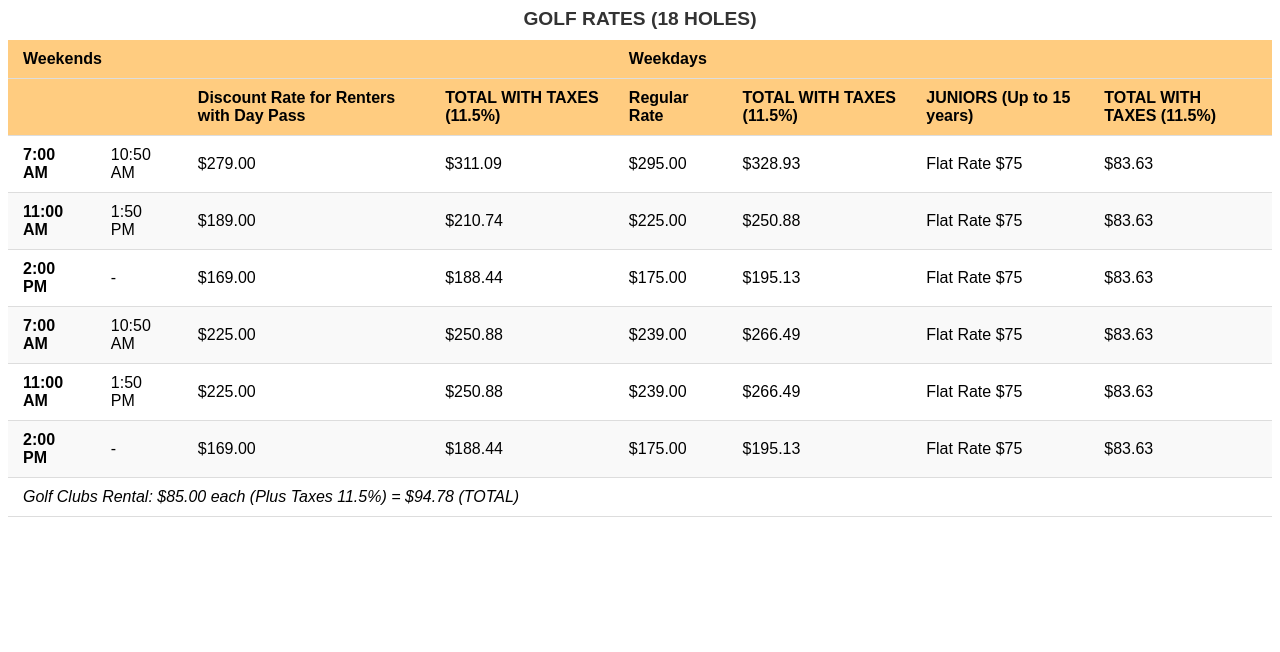
Repository: chvg1968/luxephonebook
Page: public/pages/golfrates.html
An editor plug-in stored every save of this project. The page is shown before and after the next save, followed by the edit.
The browser window is 1280 px wide. The pictures show the whole page.

Above is the page before, as saved 2025-01-23 16:51:55.

After the next save:
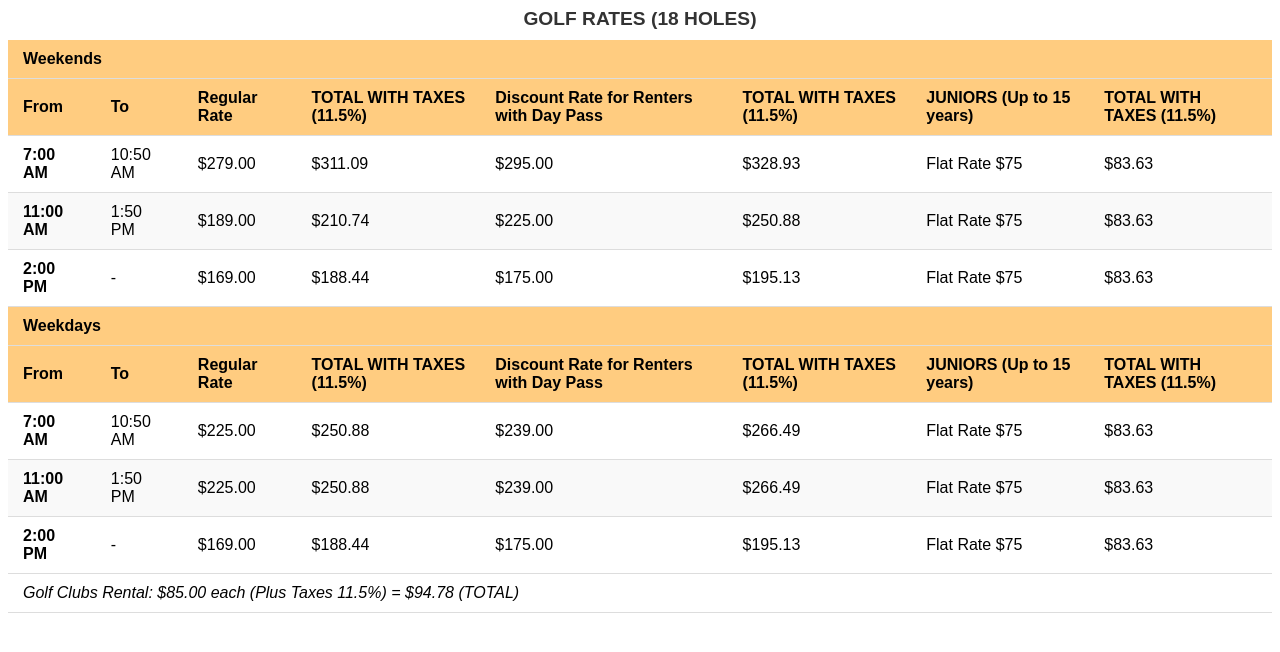
Saved 2 min 11 s later.
--- a/public/pages/golfrates.html
+++ b/public/pages/golfrates.html
@@ -11,15 +11,14 @@
         <caption>GOLF RATES (18 HOLES)</caption>
         <thead>
           <tr>
-            <th colspan="4">Weekends</th>
-            <th colspan="4">Weekdays</th>
+            <th colspan="8">Weekends</th>
           </tr>
           <tr>
-            <th></th>
-            <th></th>
+            <th>From</th>
+            <th>To</th>
+            <th>Regular Rate</th>
+            <th>TOTAL WITH TAXES (11.5%)</th>
             <th>Discount Rate for Renters with Day Pass</th>
-            <th>TOTAL WITH TAXES (11.5%)</th>
-            <th>Regular Rate</th>
             <th>TOTAL WITH TAXES (11.5%)</th>
             <th>JUNIORS (Up to 15 years)</th>
             <th>TOTAL WITH TAXES (11.5%)</th>
@@ -56,6 +55,23 @@
             <td>Flat Rate $75</td>
             <td>$83.63</td>
           </tr>
+        </tbody>
+        <thead>
+          <tr>
+            <th colspan="8">Weekdays</th>
+          </tr>
+          <tr>
+            <th>From</th>
+            <th>To</th>
+            <th>Regular Rate</th>
+            <th>TOTAL WITH TAXES (11.5%)</th>
+            <th>Discount Rate for Renters with Day Pass</th>
+            <th>TOTAL WITH TAXES (11.5%)</th>
+            <th>JUNIORS (Up to 15 years)</th>
+            <th>TOTAL WITH TAXES (11.5%)</th>
+          </tr>
+        </thead>
+        <tbody>
           <tr>
             <th>7:00 AM</th>
             <td>10:50 AM</td>
@@ -92,8 +108,6 @@
             <td colspan="8">Golf Clubs Rental: $85.00 each (Plus Taxes 11.5%) = $94.78 (TOTAL)</td>
           </tr>
         </tfoot>
-      </table>
-
-
+    </table>
 </body>
 </html>
